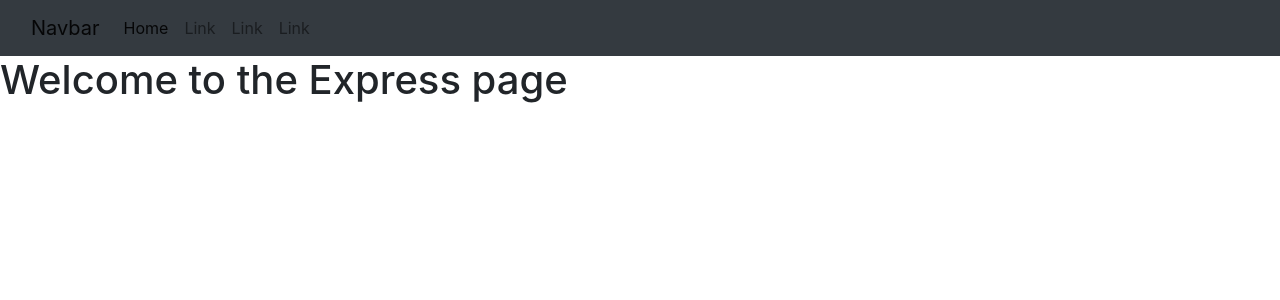
Repository: arsh16/week3_demo2
Page: http://localhost/
An editor plug-in stored every save of this project. The page is shown before and after the next save, followed by the edit.
The browser window is 1280 px wide. The pictures show the whole page.
Some web libraries are served in a nearby version. The page is served by the project's Node server (server.js). Other server files are loaded and not shown.

Above is the page before, as saved 2021-09-30 11:06:37.

### views/index.ejs
<!DOCTYPE html>
<html lang="en">
<head>
  <meta charset="UTF-8">
  <meta http-equiv="X-UA-Compatible" content="IE=edge">
  <meta name="viewport" content="width=device-width, initial-scale=1.0">
  <title><%= title %></title>

  <!--css-->
  <link rel='stylesheet' href='/Content/app.css' />

<!--These stylesheets were saying 404 in console-->

  <!--<link rel="stylesheet" href="/bootstrap/dist/bootstrap.min.css">
  <link rel="stylesheet" href='/@fortawesome/fontawesome-free/css/all.min.css'-->

  <link rel="stylesheet" href="https://cdn.jsdelivr.net/npm/bootstrap@4.6.0/dist/css/bootstrap.min.css" integrity="sha384-B0vP5xmATw1+K9KRQjQERJvTumQW0nPEzvF6L/Z6nronJ3oUOFUFpCjEUQouq2+l" crossorigin="anonymous">
 <link rel="stylesheet" href="https://cdnjs.cloudflare.com/ajax/libs/font-awesome/5.9.0/css/solid.min.css">


</head>

<!--body-->
<body>

  <!--main nav-->
  <nav class="navbar navbar-expand-lg navbar-light bg-dark">
    <div class="container-fluid">
      <a class="navbar-brand" href="#">Navbar</a>
      <button class="navbar-toggler" type="button" data-bs-toggle="collapse" data-bs-target="#navbarSupportedContent" aria-controls="navbarSupportedContent" aria-expanded="false" aria-label="Toggle navigation">
        <span class="navbar-toggler-icon"></span>
      </button>
      <div class="collapse navbar-collapse" id="navbarSupportedContent">
        <ul class="navbar-nav me-auto mb-2 mb-lg-0">

          <li class="nav-item">
            <a class="nav-link active" aria-current="page" href="#">Home</a>
          </li>

          <li class="nav-item">
            <a class="nav-link" href="#">Link</a>
          </li>

             <li class="nav-item">
            <a class="nav-link" href="#">Link</a>
          </li>

             <li class="nav-item">
            <a class="nav-link" href="#">Link</a>
          </li>


        </ul>

      </div>
    </div>
  </nav>

  <h1>Welcome to the <%= title %> page</h1>

  <!--scripts-->
  <script src="https://ajax.googleapis.com/ajax/libs/jquery/2.1.1/jquery.min.js"></script>
 <!-- <script src="/jquery/dist/jquery.min.js"></script>-->
  <script src="/Scripts/app.js"></script>
</body>
</html>

### server.js
#!/usr/bin/env node

/**
 * Module dependencies.
 */

var app = require('./app');
var debug = require('debug')('assignment1:server');
var http = require('http');

/**
 * Get port from environment and store in Express.
 */

var port = normalizePort(process.env.PORT || '3000');
app.set('port', port);

/**
 * Create HTTP server.
 */

var server = http.createServer(app);

/**
 * Listen on provided port, on all network interfaces.
 */

server.listen(port);
server.on('error', onError);
server.on('listening', onListening);

/**
 * Normalize a port into a number, string, or false.
 */

function normalizePort(val) {
  var port = parseInt(val, 10);

  if (isNaN(port)) {
    // named pipe
    return val;
  }

  if (port >= 0) {
    // port number
    return port;
  }

  return false;
}

/**
 * Event listener for HTTP server "error" event.
 */

function onError(error) {
  if (error.syscall !== 'listen') {
    throw error;
  }

  var bind = typeof port === 'string'
    ? 'Pipe ' + port
    : 'Port ' + port;

  // handle specific listen errors with friendly messages
  switch (error.code) {
    case 'EACCES':
      console.error(bind + ' requires elevated privileges');
      process.exit(1);
      break;
    case 'EADDRINUSE':
      console.error(bind + ' is already in use');
      process.exit(1);
      break;
    default:
      throw error;
  }
}

/**
 * Event listener for HTTP server "listening" event.
 */

function onListening() {
  var addr = server.address();
  var bind = typeof addr === 'string'
    ? 'pipe ' + addr
    : 'port ' + addr.port;
  debug('Listening on ' + bind);
}

### routes/index.js
var express = require('express');
var router = express.Router();

/* GET home page. */
router.get('/', function(req, res, next) {
  res.render('index', { title: 'Express' });
});

router.get('/about', function(req, res, next) {
  res.render('index', { title: 'About' });
});

router.get('/products', function(req, res, next) {
  res.render('index', { title: 'Products'});
});

router.get('/services', function(req, res, next) {
  res.render('index', { title: 'Services' });
});

router.get('/contact', function(req, res, next) {
  res.render('index', { title: 'Contact' });
});

module.exports = router;

### app.js
let createError = require('http-errors');
let express = require('express');
let path = require('path');
let cookieParser = require('cookie-parser');
let logger = require('morgan');

let indexRouter = require('./routes/index');
let usersRouter = require('./routes/users');

let app = express();

// view engine setup
app.set('views', path.join(__dirname, 'views'));
app.set('view engine', 'ejs');

app.use(logger('dev'));
app.use(express.json());
app.use(express.urlencoded({ extended: false }));
app.use(cookieParser());
app.use(express.static(path.join(__dirname, 'public')));

app.use('/', indexRouter);
app.use('/users', usersRouter);

// catch 404 and forward to error handler
app.use(function(req, res, next) {
  next(createError(404));
});

// error handler
app.use(function(err, req, res, next) {
  // set locals, only providing error in development
  res.locals.message = err.message;
  res.locals.error = req.app.get('env') === 'development' ? err : {};

  // render the error page
  res.status(err.status || 500);
  res.render('error');
});

module.exports = app;

### public/Content/app.css
/*-custom css--*/

### public/Scripts/app.js
/*IIFE*/

(function()
{
    function Start()
    {
        console.log("App started...");
    }
    window.addEventListener("load", Start);
})();

After the next save:
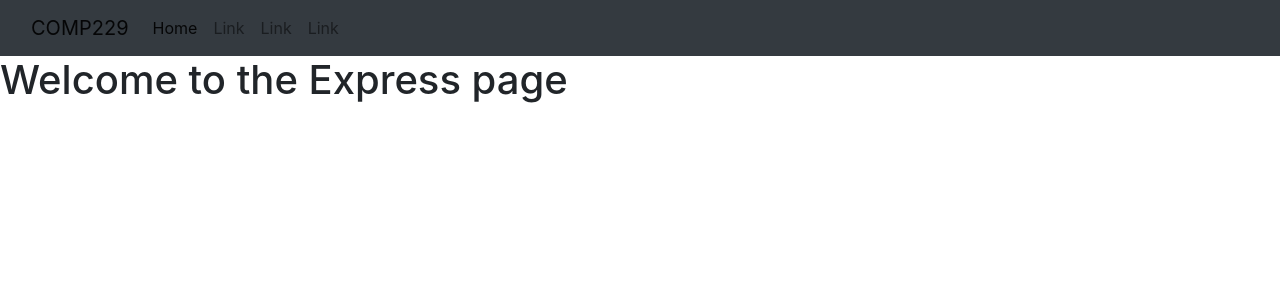
Saved 9 min 47 s later.
--- a/views/index.ejs
+++ b/views/index.ejs
@@ -26,7 +26,7 @@
   <!--main nav-->
   <nav class="navbar navbar-expand-lg navbar-light bg-dark">
     <div class="container-fluid">
-      <a class="navbar-brand" href="#">Navbar</a>
+      <a class="navbar-brand" href="#">COMP229</a>
       <button class="navbar-toggler" type="button" data-bs-toggle="collapse" data-bs-target="#navbarSupportedContent" aria-controls="navbarSupportedContent" aria-expanded="false" aria-label="Toggle navigation">
         <span class="navbar-toggler-icon"></span>
       </button>
@@ -38,7 +38,7 @@
           </li>
 
           <li class="nav-item">
-            <a class="nav-link" href="#">Link</a>
+            <a class="nav-link" href="products">Link</a>
           </li>
 
              <li class="nav-item">
